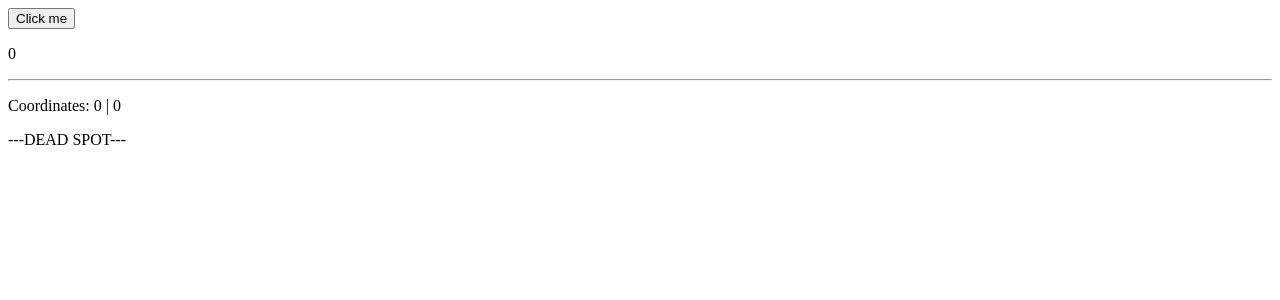
Repository: wojkos/Learn
Page: Vue/index.2.html
An editor plug-in stored every save of this project. The page is shown before and after the next save, followed by the edit.
The browser window is 1280 px wide. The pictures show the whole page.

Above is the page before, as saved 2018-03-29 22:48:57.

After the next save:
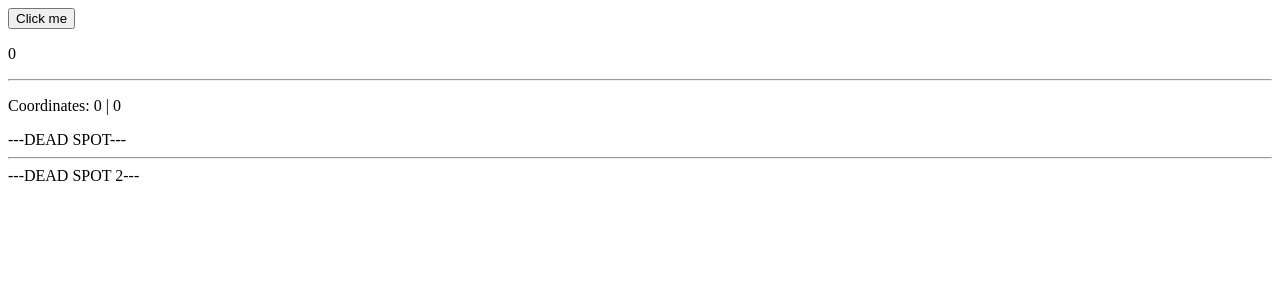
Saved 71 s later.
--- a/Vue/index.2.html
+++ b/Vue/index.2.html
@@ -15,6 +15,8 @@
         <hr>
         <p>Coordinates: {{ x }} | {{ y }}</p>
         <span v-on:mousemove="dummy">---DEAD SPOT---</span>
+        <hr>
+        <span v-on:mousemove.stop="">---DEAD SPOT 2---</span>
     </div>
 
 
